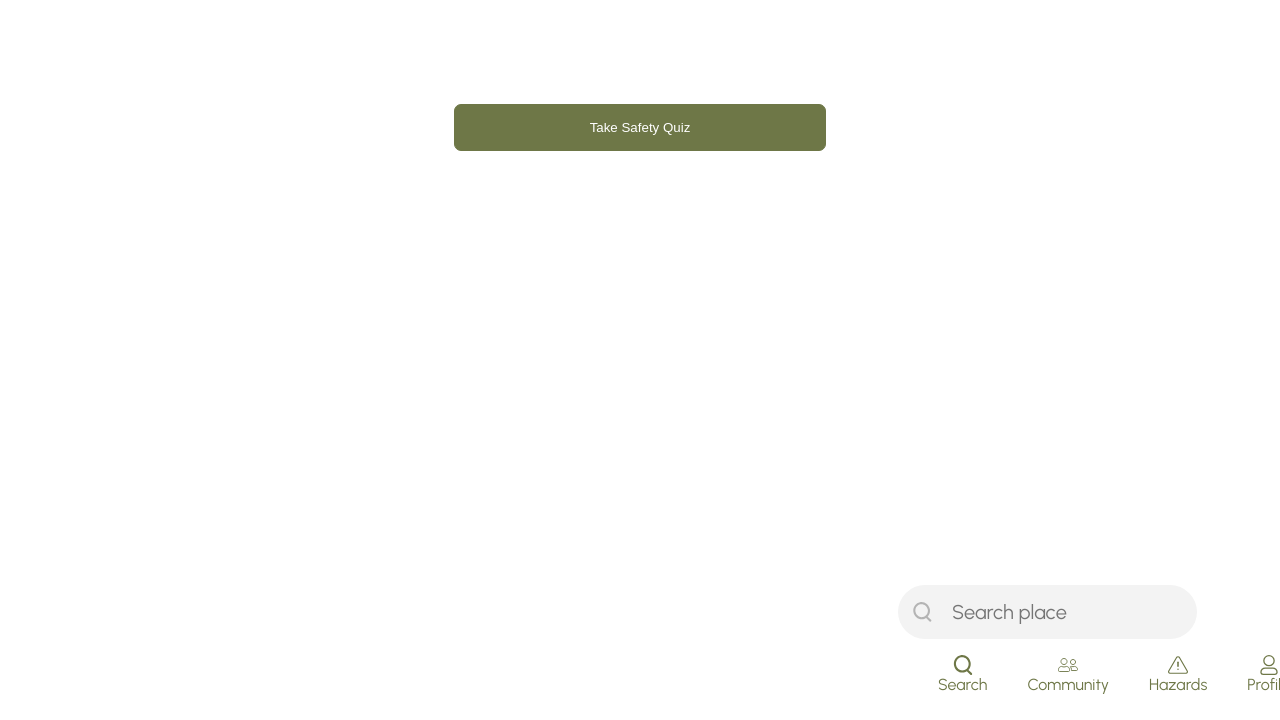
Repository: Aladdin3r/SafeCycle
Page: /
These files come from the project's save history. The page is drawn as it stood at one moment and after a run of saves; the edit follows.
The browser window is 1280 px wide. The pictures show the whole page.
The project was rebuilt for these pictures with package versions that can differ from the ones it lists, and the page was loaded fresh each time. The framework's server and built-in components were replaced by stand-ins that run in the browser.

Above is the page before, as saved 2024-04-15 12:57:03.

### pages/index.js
import Head from "next/head";
import styles from "@/styles/Home.module.css";
import Link from 'next/link'
import NavBar from "@/components/NavBar";


export default function Home() {
  return (
    <>
      <Head>
        <title>SafeCycle</title>
        <meta name="description" content="Home Page" />
        <meta name="viewport" content="width=device-width, initial-scale=1" />
        <link rel="icon" href="/favicon3.png" />
      </Head>
      <main className={`${styles.main}`}>

        <Link href="/quiz/questionOne">
          <button  className={styles.button}>Take Safety Quiz</button>
        </Link>
        <NavBar />
      </main>
    </>
  );
}

### styles/globals.css
@import url('https://fonts.googleapis.com/css2?family=Urbanist:wght@300;400;500;600&display=swap');

:root {
  --grey: #F3F3F3;
  --light-grey: #B4B4B4;
  --button-color: #6e7747;
  --button-color-hover: #4d5527;
  --correct: #008000;
  font-family: 'Urbanist', sans-serif;
}

### styles/Home.module.css
.main {
  display: flex;
  flex-direction: column;
  justify-content: space-between;
  align-items: center;
  padding: 6rem;
  min-height: 20vh;
}

.button {
  width: 372px;
  height: 47px;
  background-color: var(--button-color);
  color: white;
  border: 1.5px solid var(--button-color);
  border-radius: 7px;
}
.button:hover{
  width: 372px;
  height: 47px;
  background-color: var(--button-color-hover);
  color: white;
  border: 1.5px solid var(--button-color-hover);
  border-radius: 7px;
}

### components/NavBar/index.js
import nextConfig from '@/next.config.mjs'
import styles from './NavBar.module.css'
import Image from 'next/image'

export default function NavBar() {
    return(
        <div className={`${styles.container} ${styles.navigation}`}>
            <div className={styles.navigation}>
                <form>
                    <div className={styles.search}>
                        <Image className={styles.searchIcon} src="./icons/search.svg" width={20} height={20} />
                        <input className={styles.searchInput} type="search" placeholder='Search place'></input>
                    </div>
                </form>
                <ul>
                    <li className={styles.list}>
                        <Image src="./icons/searchgreen.svg" width={20} height={20} />
                        <a>Search</a>
                    </li>
                    <li className={styles.list}>
                        <Image src="./icons/community.svg" width={20} height={20} />
                        <a>Community</a>
                    </li>
                    <li className={styles.list}>
                        <Image src="./icons/hazard.svg" width={20} height={20} />
                        <a>Hazards</a>
                    </li>
                    <li className={styles.list}>
                        <Image src="./icons/profile.svg" width={20} height={20} />
                        <a>Profile</a>
                    </li>

                </ul>
            </div>
        </div>
    )
}

### components/NavBar/NavBar.module.css
.search {
    width: max-content;
    align-items: center;
    padding: 14px;
    border-radius: 28px;
    background-color: var(--grey);
    flex-grow: 1;
}

.searchInput {
    background-color: var(--grey);
    border: none;
    font-size: 20px;
    color: var(--light-grey);
    font-family: 'Urbanist';
    flex-grow: 1;
}

.searchIcon {
    margin-right: 10px;
}

.container {
    display: flex;
    justify-content: end;
    align-items: center;
    position: fixed;
    bottom: 0;
    left: 0;
    width: 100%;
    background-color: white;
    padding: 10px;
}

.search {
    display: flex;
    flex-direction: row;
    gap: 0.5em;
}

.navigation ul{
    display: flex;
    flex-direction: row;
    gap: 2.5em;
    list-style-type: none;
    background-color: white;
    color: var(--button-color);
}

.navigation li {
    display: flex;
    flex-direction: column;
    justify-content: center;
    align-items: center;
}

Loaded but not shown: pages/_app.js (common file); pages/_document.js (common file); next.config.mjs (common file)

After the next 2 saves:
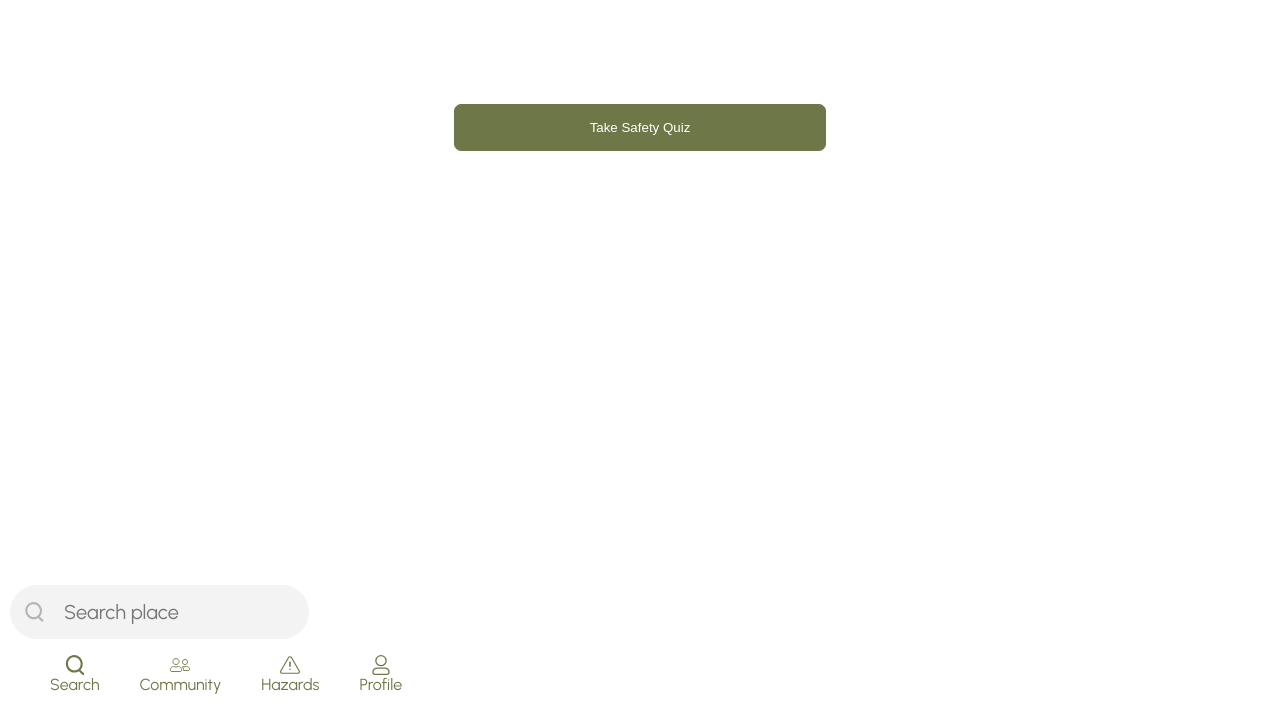
The 2 saves are shown as one change because they came seconds apart.
The last was saved 67 s later.
--- a/components/NavBar/NavBar.module.css
+++ b/components/NavBar/NavBar.module.css
@@ -38,6 +38,11 @@
     gap: 0.5em;
 }
 
+.navigation {
+    width: 100%; /* Ensure full width */
+    max-width: 400px; /* Set maximum width for mobile */
+}
+
 .navigation ul{
     display: flex;
     flex-direction: row;
